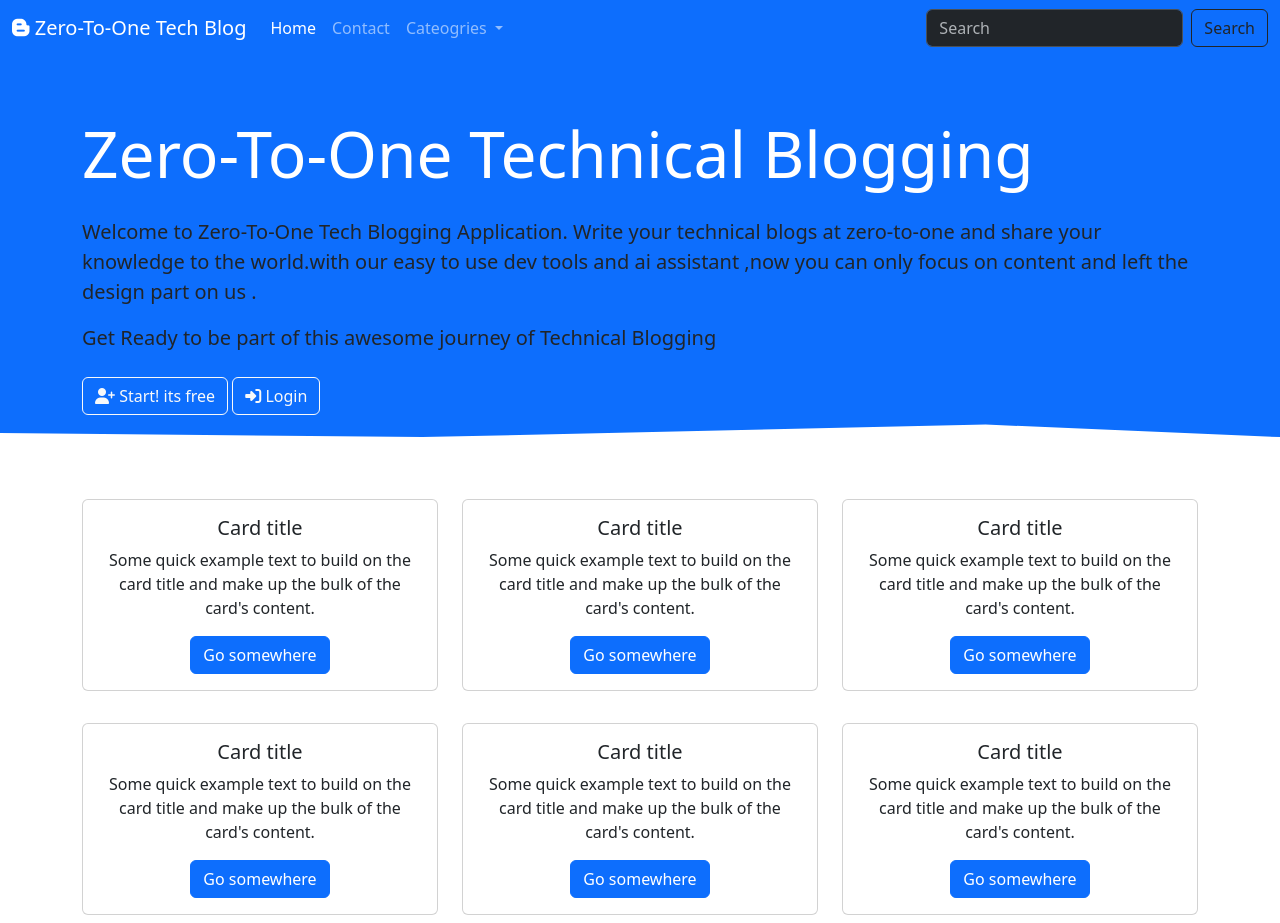
Repository: Gaurav560/PROJECT-ZeroToOne-TechBlog
Page: http://localhost/ZeroToOne/
These files come from the project's save history. The page is drawn as it stood at one moment and after the next save; the edit follows.
The browser window is 1280 px wide. The pictures show the whole page.
Some web libraries are served in a nearby version. The page is served by Tomcat 9. Other server files are loaded and not shown.

Above is the page before, as saved 2023-04-29 08:12:14.

### ZeroToOne/src/main/webapp/index.jsp
<%@page import="com.blog.helper.ConnectionProvider"%>
<%@page import="java.sql.Connection"%>
<%@ page language="java" contentType="text/html; charset=ISO-8859-1"
	pageEncoding="ISO-8859-1"%>
<!DOCTYPE html>
<html>
<head>
<meta charset="ISO-8859-1">
<title>Index page</title>
<!--  Bootstrap css-->
<link
	href="https://cdn.jsdelivr.net/npm/bootstrap@5.3.0-alpha3/dist/css/bootstrap.min.css"
	rel="stylesheet"
	integrity="sha384-KK94CHFLLe+nY2dmCWGMq91rCGa5gtU4mk92HdvYe+M/SXH301p5ILy+dN9+nJOZ"
	crossorigin="anonymous">
<!--css  -->
<link href="css/style.css" rel="stylesheet" type="text/css" />
<!-- font-awesome -->
<script src="https://kit.fontawesome.com/d52455da93.js"
	crossorigin="anonymous"></script>
</head>
<body>
	<%@include file="indexNavbar.jsp"%>

	<!-- jumbotron starts here -->
	<div class="container-fluid m-0 p-0 ">
		<div class="jumbo bg-primary text-white banner-background">
			<div class="container">

				<h3 class="display-3 pb-3">Zero-To-One Technical Blogging</h3>
				<p class="fs-5 text-dark">Welcome to Zero-To-One Tech Blogging
					Application. Write your technical blogs at zero-to-one and share
					your knowledge to the world.with our easy to use dev tools and ai
					assistant ,now you can only focus on content and left the design
					part on us .</p>
				<p class="fs-5 text-dark pb-2">Get Ready to be part of this
					awesome journey of Technical Blogging</p>
				<p></p>
				<button class="btn  btn-outline-light">
					<i class="fa-solid fa-user-plus"></i> Start! its free
				</button>
				<button class="btn   btn-outline-light">
					<i class="fa-solid fa-right-to-bracket"></i> Login
				</button>
			</div>
		</div>
	</div>
	<!-- jumbotron ends here -->
<br>
<!--cards starts here  -->
<div class="container">


<!--1st row starts here  -->
<div class="row">

<div class="col-md-4 mb-2">


<div class="card text-center">

  <div class="card-body">
    <h5 class="card-title">Card title</h5>
    <p class="card-text">Some quick example text to build on the card title and make up the bulk of the card's content.</p>
    <a href="#" class="btn btn-primary">Go somewhere</a>
  </div>
</div>

</div>
<div class="col-md-4 mb-2">


<div class="card text-center">

  <div class="card-body">
    <h5 class="card-title">Card title</h5>
    <p class="card-text">Some quick example text to build on the card title and make up the bulk of the card's content.</p>
    <a href="#" class="btn btn-primary">Go somewhere</a>
  </div>
</div>

</div><div class="col-md-4 mb-2">


<div class="card text-center">

  <div class="card-body">
    <h5 class="card-title">Card title</h5>
    <p class="card-text">Some quick example text to build on the card title and make up the bulk of the card's content.</p>
    <a href="#" class="btn btn-primary">Go somewhere</a>
  </div>
</div>

</div>
</div>

<!--1st row ends here  -->

<br>
<!--2nd row ends here  -->

<div class="row">

<div class="col-md-4 mb-2 ">


<div class="card text-center">

  <div class="card-body">
    <h5 class="card-title">Card title</h5>
    <p class="card-text">Some quick example text to build on the card title and make up the bulk of the card's content.</p>
    <a href="#" class="btn btn-primary">Go somewhere</a>
  </div>
</div>

</div>
<div class="col-md-4 mb-2">


<div class="card text-center">

  <div class="card-body">
    <h5 class="card-title">Card title</h5>
    <p class="card-text">Some quick example text to build on the card title and make up the bulk of the card's content.</p>
    <a href="#" class="btn btn-primary">Go somewhere</a>
  </div>
</div>

</div><div class="col-md-4 mb-2">


<div class="card text-center">

  <div class="card-body">
    <h5 class="card-title">Card title</h5>
    <p class="card-text">Some quick example text to build on the card title and make up the bulk of the card's content.</p>
    <a href="#" class="btn btn-primary">Go somewhere</a>
  </div>
</div>

</div>
</div>

<!--2nd row ends here  -->
</div>
<!-- cards end here -->


	<!-- jquery cdn -->
	<script src="https://code.jquery.com/jquery-3.6.4.min.js"
		integrity="sha256-oP6HI9z1XaZNBrJURtCoUT5SUnxFr8s3BzRl+cbzUq8="
		crossorigin="anonymous">

	</script>

	<!-- js  -->

	<script
		src="https://cdn.jsdelivr.net/npm/bootstrap@5.3.0-alpha3/dist/js/bootstrap.bundle.min.js"
		integrity="sha384-ENjdO4Dr2bkBIFxQpeoTz1HIcje39Wm4jDKdf19U8gI4ddQ3GYNS7NTKfAdVQSZe"
		crossorigin="anonymous"></script>
	<script src="js/myjs.js" type="text/javascript"></script>

</body>
</html>

### ZeroToOne/src/main/webapp/indexNavbar.jsp
<nav class="navbar navbar-expand-lg  bg-primary dar "   data-bs-theme="dark">
	<div class="container-fluid">

         <a class="navbar-brand" href="#"><i class="fa-brands fa-blogger-b"></i> Zero-To-One Tech Blog </a>
		<button class="navbar-toggler" type="button" data-bs-toggle="collapse"
			data-bs-target="#navbarSupportedContent"
			aria-controls="navbarSupportedContent" aria-expanded="false"
			aria-label="Toggle navigation">
			<span class="navbar-toggler-icon"></span>
		</button>
		<div class="collapse navbar-collapse" id="navbarSupportedContent">
			<ul class="navbar-nav me-auto mb-2 mb-lg-0">
				<li class="nav-item"><a class="nav-link active"
					aria-current="page" href="#">Home</a></li>
				<li class="nav-item"><a class="nav-link" href="#">Contact</a></li>
				<li class="nav-item dropdown"><a
					class="nav-link dropdown-toggle" href="#" role="button"
					data-bs-toggle="dropdown" aria-expanded="false">Cateogries </a>
					<ul class="dropdown-menu">
						<li><a class="dropdown-item" href="#">Action</a></li>
						<li><a class="dropdown-item" href="#">Another action</a></li>
						<li><hr class="dropdown-divider"></li>
						<li><a class="dropdown-item" href="#">Something else here</a></li>
					</ul></li>

			</ul>
			<form class="d-flex" role="search">
				<input class="form-control me-2" type="search" placeholder="Search"
					aria-label="Search">
				<button class="btn btn-outline-dark" type="submit">Search</button>
			</form>
		</div>
	</div>
</nav>

### ZeroToOne/src/main/webapp/css/style.css
.bg-dar{

	padding:14px;
}
.jumbo{
	padding:60px;
}
.banner-background{
	clip-path: polygon(30% 0%, 70% 0%, 100% 0, 100% 91%, 77% 88%, 33% 91%, 0 90%, 0 0);



}

Loaded but not shown: ZeroToOne/ZeroToOne/js/myjs.js (no stored copy; drawn as an empty file)

After the next save:
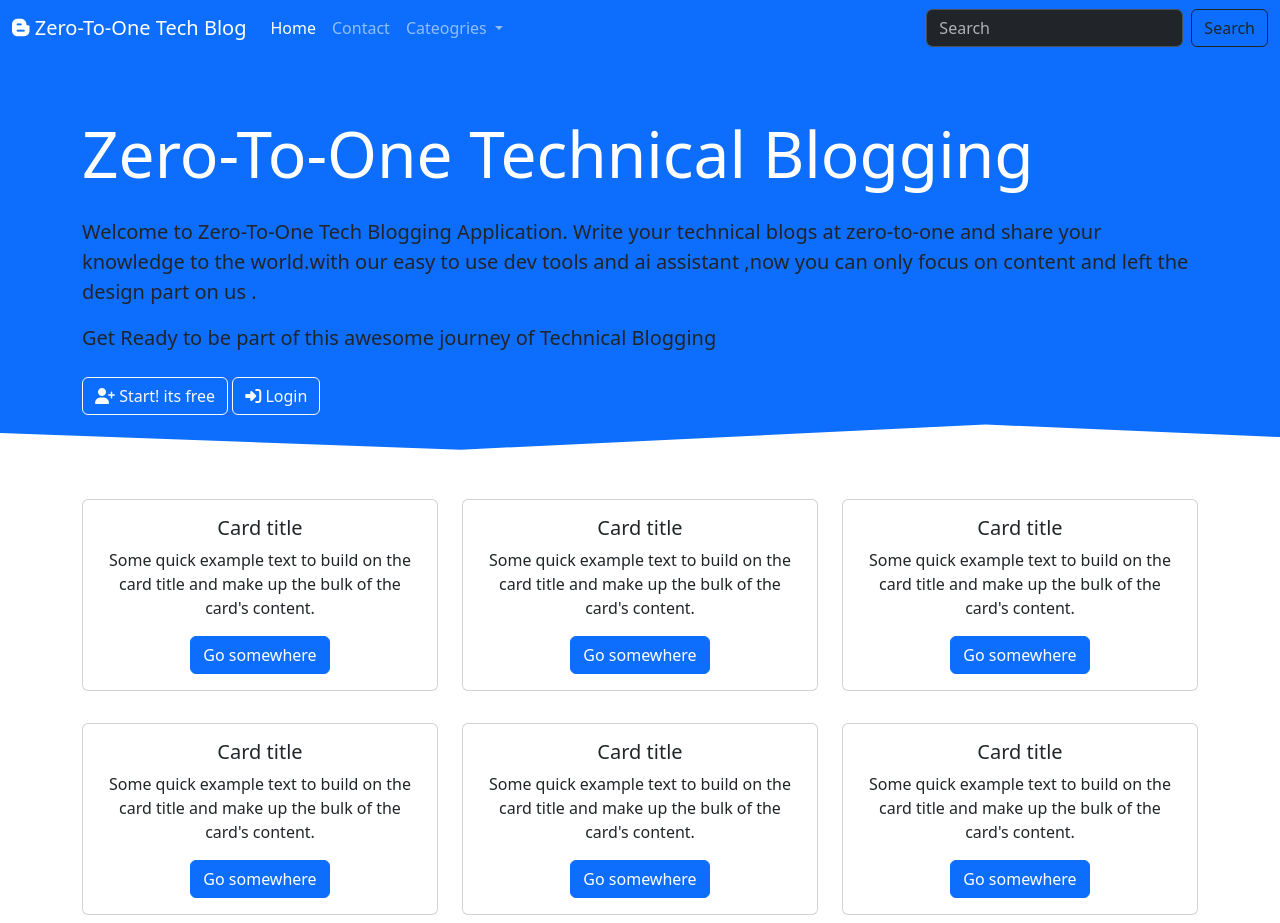
Saved 41 s later.
--- a/ZeroToOne/src/main/webapp/css/style.css
+++ b/ZeroToOne/src/main/webapp/css/style.css
@@ -6,7 +6,7 @@
 	padding:60px;
 }
 .banner-background{
-	clip-path: polygon(30% 0%, 70% 0%, 100% 0, 100% 91%, 77% 88%, 33% 91%, 0 90%, 0 0);
+clip-path: polygon(30% 0%, 70% 0%, 100% 0, 100% 91%, 77% 88%, 36% 94%, 0 90%, 0 0);
 
 
 
